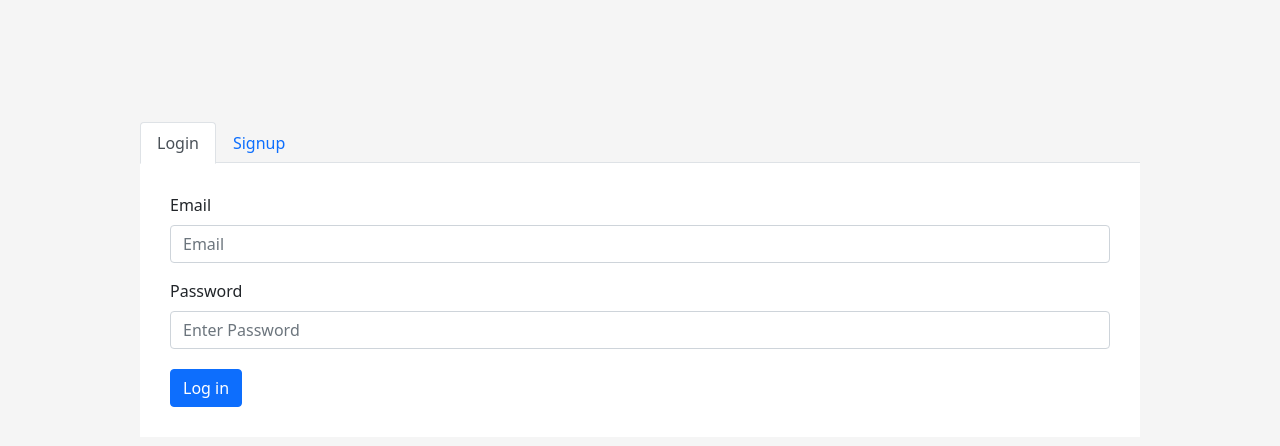
Repository: rabin-bhandari/LOGIN-SIGNUP
Page: http://localhost/
The author's editor kept a copy of each file at every save. The page is drawn from the files as they stood at one save, then again after the next save.
The browser window is 1280 px wide. The pictures show the whole page.
Some web libraries are served in a nearby version. The page is run by PHP 8.4 with error messages shown; the project is at /var/www/html/.

Above is the page before, as saved 2022-03-28 04:45:25.

### index.php
<?php
session_start();
if (isset($_SESSION['id']) && isset($_SESSION['email'])) {
    header("Location: welcome.php");
}

?>
<!DOCTYPE html>
<html lang="en">

<head>
    <!-- Required meta tags -->
    <meta charset="utf-8" />
    <meta name="viewport" content="width=device-width, initial-scale=1" />

    <!-- Bootstrap CSS -->
    <link href="https://cdn.jsdelivr.net/npm/bootstrap@5.1.3/dist/css/bootstrap.min.css" rel="stylesheet" integrity="sha384-1BmE4kWBq78iYhFldvKuhfTAU6auU8tT94WrHftjDbrCEXSU1oBoqyl2QvZ6jIW3" crossorigin="anonymous" />
    <link rel="stylesheet" href="main.css" />
    <title>LOGIN-SIGNUP (JQuery)</title>
</head>

<body>
    <div class="container">
        <nav>
            <div class="nav nav-tabs" id="nav-tab" role="tablist">
                <button class="nav-link active" id="nav-home-tab" data-bs-toggle="tab" data-bs-target="#nav-login" type="button" role="tab" aria-controls="nav-login" aria-selected="true">Login</button>
                <button class="nav-link" id="nav-profile-tab" data-bs-toggle="tab" data-bs-target="#nav-signup" type="button" role="tab" aria-controls="nav-signup" aria-selected="false">Signup</button>
            </div>
        </nav>
        <div class="tab-content" id="nav-tabContent">
            <div class="tab-pane fade show active" id="nav-login" role="tabpanel" aria-labelledby="nav-login-tab">
                <form id="login-form" method="post" action="login.php" class="needs-validation" novalidate>
                    <div class="form-row">
                        <div class="mb-3">
                            <label for="email" class="form-label">Email</label>
                            <input name="email" type="email" class="form-control" id="email" placeholder="Email" required />
                            <div class="valid-feedback">
                                Looks good!
                            </div>
                        </div>
                    </div>
                    <div class="form-row">
                        <div class="mb-3">
                            <label for="password" class="form-label">Password</label>
                            <input name="password" type="password" class="form-control" id="password" placeholder="Enter Password" required />
                            <div class="valid-feedback">
                                Looks good!
                            </div>
                        </div>
                    </div>
                    <button class="btn btn-primary mt-1" type="submit">Log in</button>
                </form>
            </div>
            <div class="tab-pane fade" id="nav-signup" role="tabpanel" aria-labelledby="nav-signup-tab">
                <form id="signup-form" action="signup.php" method="post" class="needs-validation" novalidate>
                    <div class="row g-3 mb-3">
                        <div class="col-md-6">
                            <label for="first-name" class="form-label">First name</label>
                            <input type="text" class="form-control" id="first-name" name="fname" placeholder="First name" required>
                        </div>
                        <div class="col-md-6">
                            <label for="last-name" class="form-label">Last name</label>
                            <input type="text" class="form-control" id="last-name" name="lname" placeholder="Last name" required>

                        </div>
                    </div>
                    <div class="form-row">
                        <div class="mb-3">
                            <label for="email" class="form-label">Email</label>
                            <input type="email" class="form-control" id="email" name="email" placeholder="Email" required />
                        </div>
                    </div>
                    <div class="form-row">
                        <div class="mb-3">
                            <label for="validation1" class="form-label">Password</label>
                            <input type="password" class="form-control" id="validation1" name="validation1" placeholder="Enter Password" required />
                        </div>
                    </div>
                    <div class="form-row">
                        <div class="mb-3">
                            <label for="validation2" class="form-label">Confirm Password</label>
                            <input type="password" class="form-control" id="validation2" name="validation2" oninput="validate_pw2(this)" placeholder="Re-Enter Password" required />
                            <div class="invalid-feedback">
                                Password's do not match!
                            </div>
                        </div>
                    </div>
                    <button id="btn2" class="btn btn-primary mt-1" type="submit">Sign Up</button>
                </form>
            </div>
        </div>
    </div>
    <script src="https://code.jquery.com/jquery-3.6.0.min.js" integrity="sha256-/xUj+3OJU5yExlq6GSYGSHk7tPXikynS7ogEvDej/m4=" crossorigin="anonymous"></script>
    <script src="https://cdn.jsdelivr.net/npm/jquery-validation@1.19.3/dist/jquery.validate.min.js"></script>
    <script src="https://cdn.jsdelivr.net/npm/@popperjs/core@2.10.2/dist/umd/popper.min.js" integrity="sha384-7+zCNj/IqJ95wo16oMtfsKbZ9ccEh31eOz1HGyDuCQ6wgnyJNSYdrPa03rtR1zdB" crossorigin="anonymous"></script>
    <script src="https://cdn.jsdelivr.net/npm/bootstrap@5.1.3/dist/js/bootstrap.min.js" integrity="sha384-QJHtvGhmr9XOIpI6YVutG+2QOK9T+ZnN4kzFN1RtK3zEFEIsxhlmWl5/YESvpZ13" crossorigin="anonymous"></script>
    <script src="validation.js"></script>

</body>

</html>

### main.css
body {
  display: flex;
  justify-content: center;
  align-items: center;
  padding-top: 10vh;
  background-color: #f5f5f5;
}

.container {
  display: table;
  max-width: 80vw;
  margin: 50px auto;
}

.nav-tabs .nav-link {
  margin-bottom: -2px;
}

form {
  padding: 30px;
  background-color: #fff;
}

### validation.js
(function () {
  "use strict";

  // Fetch all the forms we want to apply custom Bootstrap validation styles to
  var forms = document.querySelectorAll(".needs-validation");

  // Loop over them and prevent submission
  Array.prototype.slice.call(forms).forEach(function (form) {
    form.addEventListener(
      "submit",
      function (event) {
        if (!form.checkValidity()) {
          event.preventDefault();
          event.stopPropagation();
        }
        form.classList.add("was-validated");
      },
      false
    );
  });
})();

function validate_pw2(pw2) {
  if (pw2.value !== $("#validation1").val()) {
    pw2.setCustomValidity("invalid");
  } else {
    pw2.setCustomValidity(""); // is valid
  }
}

function validate_edit_pw2(pw2) {
  // console.log("first:  " + $("#" + pw2.id + "1").val());
  // console.log("second:  " + $(pw2).val());
  if (pw2.value !== $("#" + pw2.id + "1").val()) {
    pw2.setCustomValidity("invalid");
  } else {
    pw2.setCustomValidity(""); // is valid
  }
}

After the next save:
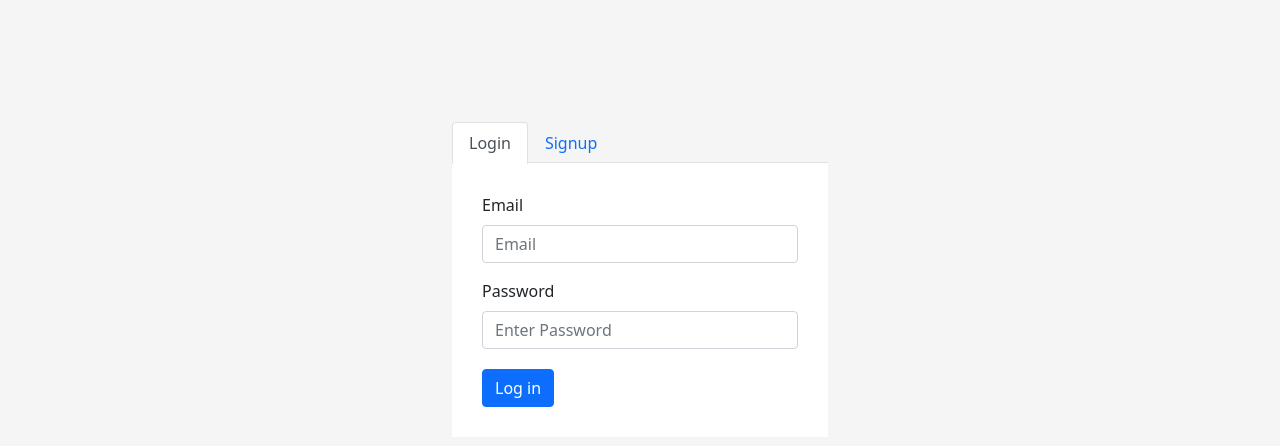
Saved 38 s later.
--- a/main.css
+++ b/main.css
@@ -8,7 +8,7 @@ body {
 
 .container {
   display: table;
-  max-width: 80vw;
+  max-width: 400px;
   margin: 50px auto;
 }
 
